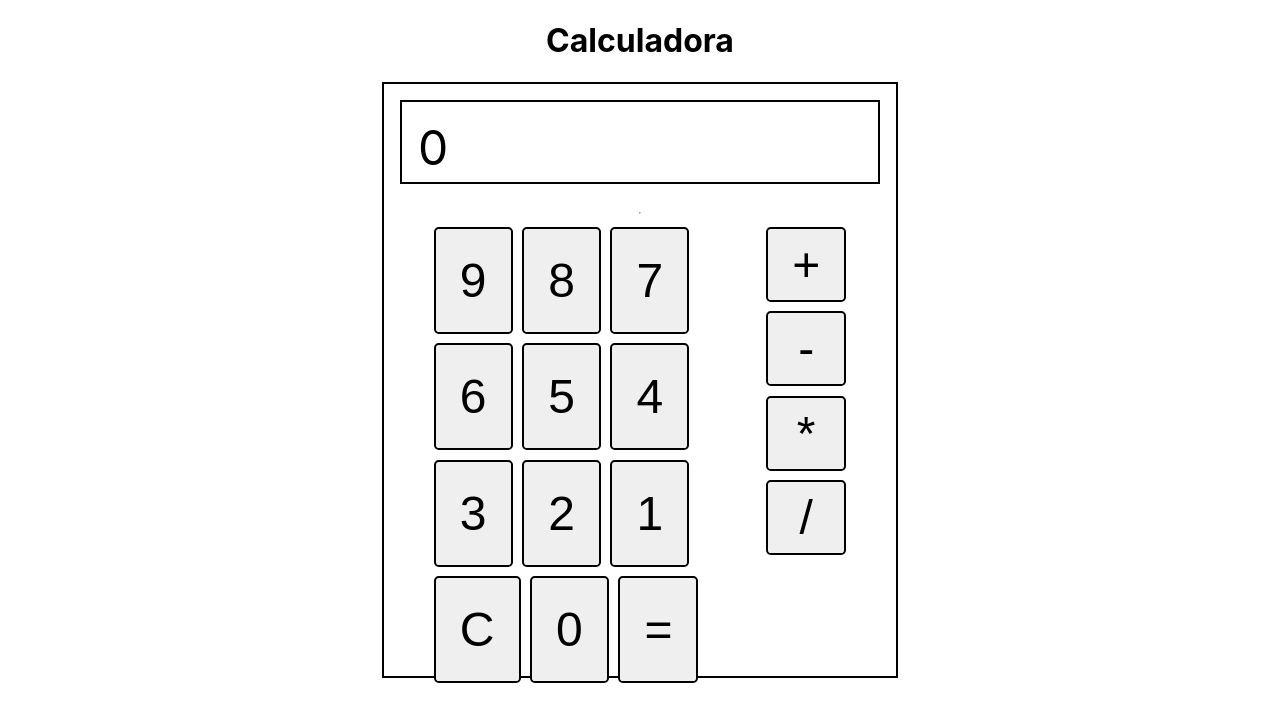
Repository: yamaka/curso-react-febrero-2022
Page: /
The author's editor kept a copy of each file at every save. The page is drawn from the files as they stood at one save, then again after the next save.
The browser window is 1280 px wide. The pictures show the whole page.
The project was rebuilt for these pictures with package versions that can differ from the ones it lists, and the page was loaded fresh each time. Also part of the build but not shown: src/App.css, src/components/Zanahoria/Zanahoria.css, src/components/Zanahoria/Zanahoria.js, src/components/Zanahorias/Zanahorias.js, src/components/Lechuga/Lechuga.css, src/components/Lechuga/Lechuga.js, src/components/Calculadora/Calculadora.css, src/components/Calculadora/Calculadora.js and 3 more.

Above is the page before, as saved 2022-03-02 19:19:03.

### src/index.js
import React from 'react';
import ReactDOM from 'react-dom';
import './index.css';
import App from './App';
import reportWebVitals from './reportWebVitals';

ReactDOM.render(
  <React.StrictMode>
    <App />
  </React.StrictMode>,
  document.getElementById('root')
);

// If you want to start measuring performance in your app, pass a function
// to log results (for example: reportWebVitals(console.log))
// or send to an analytics endpoint. Learn more: https://bit.ly/CRA-vitals
reportWebVitals();

### src/App.js
import logo from './logo.svg';
import './App.css';
import Zanahorias from './components/Zanahorias/Zanahorias';
import Lechuga from './components/Lechuga/Lechuga';
import Calculadora from './components/Calculadora/Calculadora';
import CiclosVida from './components/CiclosVida/CiclosVida';
import CalculadoraHooks from './hooks/Calculadora/Calculadora'

function App() {
  return (
    <div style={{
      display: 'flex',
      flexDirection: 'column',
      justifyContent: 'center',
      alignItems: 'center'
    }}>
      {/* componentes sin estado  */}
      {/* <h1>Componentes sin estado  funcionales</h1>
      <h2>Verduleria</h2>
      <Zanahorias titulo={"zanahorias super economicas"} cantidad={3} />  */}
        {/* hacer lo mismo con lechugas */}
      {/* componentes con estado */}
      {/* <h1>componentes con estado como clase</h1>
      <Calculadora/> */}
      {/* <CiclosVida/> */}
      <CalculadoraHooks/>
    </div>
  );
}

export default App;

### src/hooks/Calculadora/Calculadora.js
//componentes como funcionales con estado
import React, { useState } from "react";
import Input from "../components/Input/Input";
import BotonNumerico from "../components/BotonNumerico/BotonNumerico";
import BotonOperacion from "../components/BotonOperacion/BotonOperacion";
import BotonIgual from "../components/BotonIgual/BotonIgual";
import BotonRefrescar from "../components/BotonRefrescar/BotonRefrescar";

import "./Calculadora.css";

const Calculadora = () => {
  const [display, setDisplay] = useState("0");
  const [operandoA, setOperandoA] = useState(0);
  const [operandoB, setOperandoB] = useState(0);
  const [operacion, setOperacion] = useState("+");

  //   se puede tambien con objetos
  //   const [calculadora, setCalculadora] = useState({
  //     display: "0",
  //     operandoA: 0,
  //     operandoB: 0,
  //     operacion: "+",
  //   });

  //   setCalculadora({ ...calculadora, ...{ display: "0" } });

  const onPressNumerico = (numero) => {
    if (operandoA == 0) {
      setOperandoA(numero);
      setDisplay(numero);
    } else {
      setOperandoB(numero);
      setDisplay(display + numero);
    }
  };

  const onPressOperacion = (operacion) => {
    setOperacion(operacion);
    setDisplay(display + operacion);
  };

  const calcular = () => {
    switch (operacion) {
      case "+":
        setDisplay((parseInt(operandoA) + parseInt(operandoB)).toString());
    }
  };

  return (
    <div className="container">
      <h1>Calculadora</h1>
      <div className="calculadora-container">
        <Input value={display} />
        <br />
        <hr />
        <div
          style={{
            display: "flex",
            flex: 1,
            flexDirection: "row",
            justifyContent: "space-around",
          }}
        >
          <div style={{ display: "flex", flexDirection: "column" }}>
            <div style={{ display: "flex", flexDirection: "row" }}>
              <BotonNumerico value="9" onPress={onPressNumerico} />
              <BotonNumerico value="8" onPress={onPressNumerico} />
              <BotonNumerico value="7" onPress={onPressNumerico} />
            </div>
            <div style={{ display: "flex", flexDirection: "row" }}>
              <BotonNumerico value="6" onPress={onPressNumerico} />
              <BotonNumerico value="5" onPress={onPressNumerico} />
              <BotonNumerico value="4" onPress={onPressNumerico} />
            </div>
            <div style={{ display: "flex", flexDirection: "row" }}>
              <BotonNumerico value="3" onPress={onPressNumerico} />
              <BotonNumerico value="2" onPress={onPressNumerico} />
              <BotonNumerico value="1" onPress={onPressNumerico} />
            </div>
            <div style={{ display: "flex", flexDirection: "row" }}>
              <BotonRefrescar value="C" onPress={onPressNumerico} />
              <BotonNumerico value="0" onPress={onPressNumerico} />
              <BotonIgual onPress={calcular} />
            </div>
          </div>
          <div style={{ display: "flex", flexDirection: "column" }}>
            <BotonOperacion operator="+" onPress={onPressOperacion} />
            <BotonOperacion operator="-" onPress={onPressOperacion} />
            <BotonOperacion operator="*" onPress={onPressOperacion} />
            <BotonOperacion operator="/" onPress={onPressOperacion} />
          </div>
        </div>
      </div>
    </div>
  );
};

export default Calculadora;

### src/hooks/components/Input/Input.js
import React from 'react'
import './Input.css'
//tarea que los numeros introduciodps vayan a la derecha

const Input = ({value}) => {
  return (
    <div className='input-container'><span>{value}</span></div>
  )
}

export default Input

### src/hooks/components/BotonNumerico/BotonNumerico.js
import React from 'react'
import './BotonNumerico.css';
const BotonNumerico = ({value, onPress}) => {
  return (
    <button className='boton-numerico' onClick={()=>onPress(value)}>{value}</button>
  )
}

export default BotonNumerico

### src/hooks/components/BotonOperacion/BotonOperacion.js
import React from "react";
import "./BotonOperacion.css";

const BotonOperacion = ({ operator, onPress }) => {
  return (
    <button className="boton-operacion" onClick={() => onPress(operator)}>
      {operator}
    </button>
  );
};

export default BotonOperacion;

### src/hooks/components/BotonIgual/BotonIgual.js
import React from "react";

const BotonIgual = ({ onPress }) => {
  return (
    <button className="boton-numerico" onClick={() => onPress()}>
      =
    </button>
  );
};

export default BotonIgual;

### src/hooks/components/BotonRefrescar/BotonRefrescar.js
import React from "react";

function BotonRefrescar({ value, onPress }) {
  return (
    <button className="boton-numerico" onClick={() => onPress(value)}>
      {value}
    </button>
  );
}

export default BotonRefrescar;

### src/hooks/Calculadora/Calculadora.css

.container{
    display: flex;
    flex: 1;
    flex-direction: column;
    align-items: center;

}
.calculadora-container{
    padding: 1rem;
    border: solid 1px;
    border-width: 2px;
    display: flex;
    flex-direction: column;
    width: 30rem;
    height: 35rem;
}

### src/hooks/components/Input/Input.css
.input-container{
    border: solid 1px;
    border-width: 2px;
    height: 3rem;
    font-size: 3rem;
    padding: 1rem;
}

### src/hooks/components/BotonNumerico/BotonNumerico.css
.boton-numerico {
  border: solid 2px;
  padding: 1.5rem;
  border-radius: 0.3rem;
  font-size: 3rem;
  margin: 0.3rem;
}

### src/hooks/components/BotonOperacion/BotonOperacion.css
.boton-operacion {
  border: solid 2px;
  padding-top: 0.5rem;
  padding-bottom: 0.5rem;
  padding-left: 1.5rem;
  padding-right: 1.5rem;
  border-radius: 0.3rem;
  font-size: 3rem;
  margin: 0.3rem;
}

Loaded but not shown: public/index.html (common file); src/index.css (common file); src/reportWebVitals.js (common file)

After the next save:
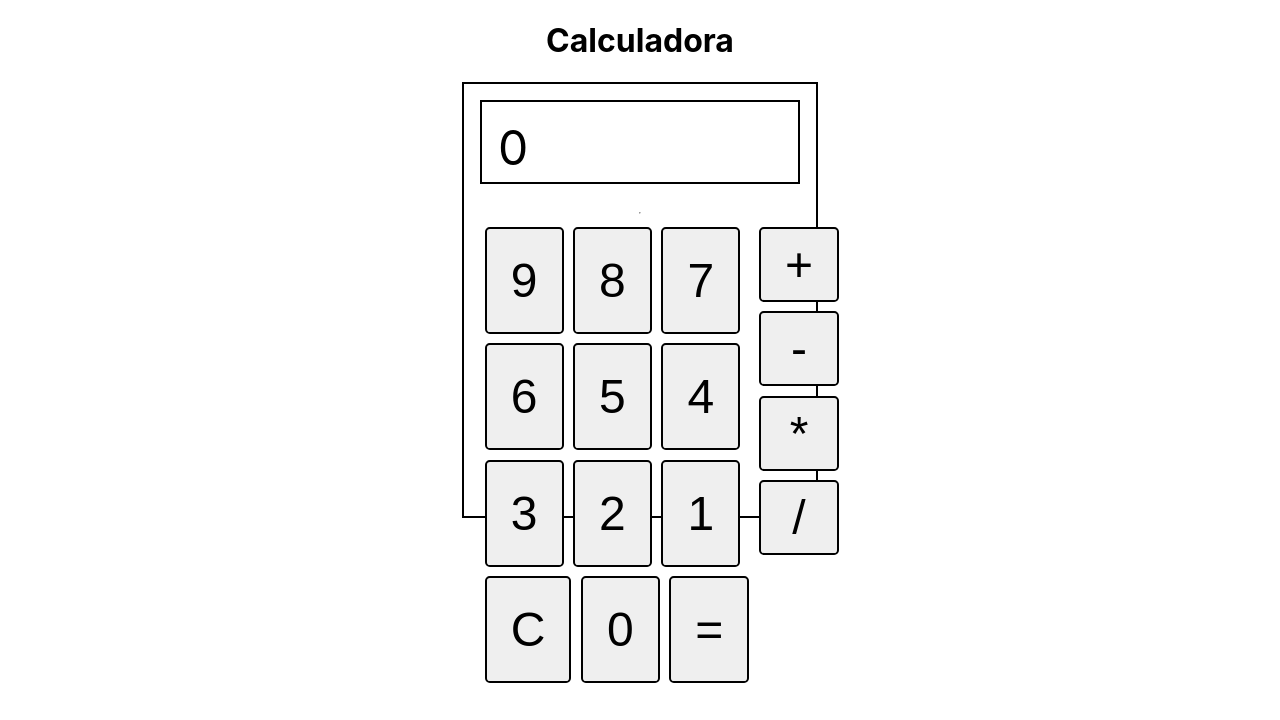
Saved 37 s later.
--- a/src/hooks/Calculadora/Calculadora.css
+++ b/src/hooks/Calculadora/Calculadora.css
@@ -1,17 +1,15 @@
-
-.container{
-    display: flex;
-    flex: 1;
-    flex-direction: column;
-    align-items: center;
-
+.container {
+  display: flex;
+  flex: 1;
+  flex-direction: column;
+  align-items: center;
 }
-.calculadora-container{
-    padding: 1rem;
-    border: solid 1px;
-    border-width: 2px;
-    display: flex;
-    flex-direction: column;
-    width: 30rem;
-    height: 35rem;
+.calculadora-container {
+  padding: 1rem;
+  border: solid 1px;
+  border-width: 2px;
+  display: flex;
+  flex-direction: column;
+  width: 20rem;
+  height: 25rem;
 }
